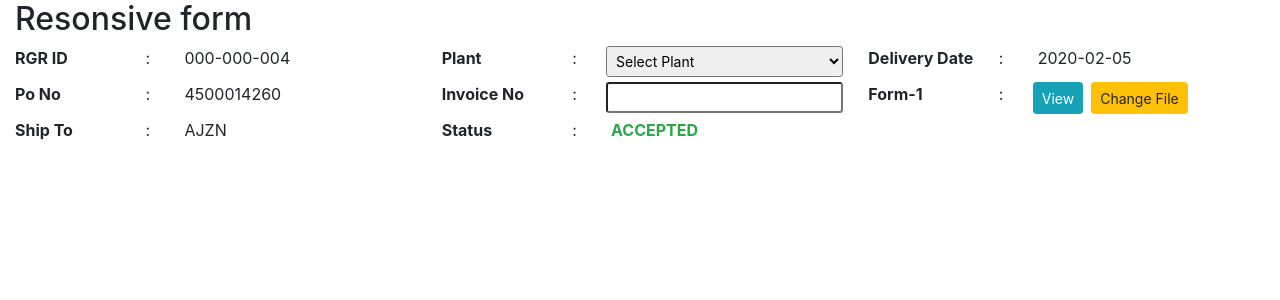
Repository: karthikairasu/Others_work
Page: form.html
These files come from the project's save history. The page is drawn as it stood at one moment and after the next save; the edit follows.
The browser window is 1280 px wide. The pictures show the whole page.

Above is the page before, as saved 2020-06-28 17:46:36.

After the next save:
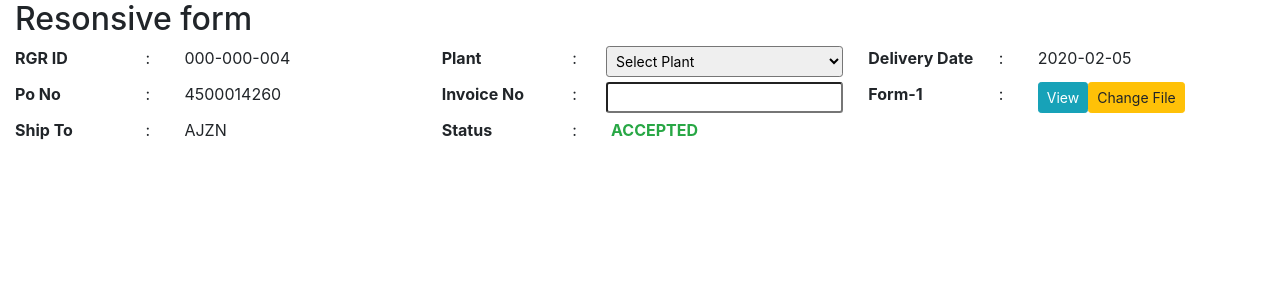
Saved 2 min 51 s later.
--- a/form.html
+++ b/form.html
@@ -89,12 +89,8 @@
             <div class="form-row py-1">
               <label class="col-md-4 col-sm-4 col-4"><b>Form-1</b></label>
               <label class="col-md-1 col-sm-1 col-1 px-0">:</label>
-              <label
-                class="col-md-7 col-sm-7 col-7"
-                id="form_1"
-                style="display: contents;"
-              >
-                <button class="btn btn-info btn-sm">View</button>&ensp;
+              <label class="col-md-7 col-sm-7 col-7 d-flex" id="form_1">
+                <button class="btn btn-info btn-sm">View</button>
                 <button class="btn btn-warning btn-sm">Change File</button>
               </label>
             </div>
